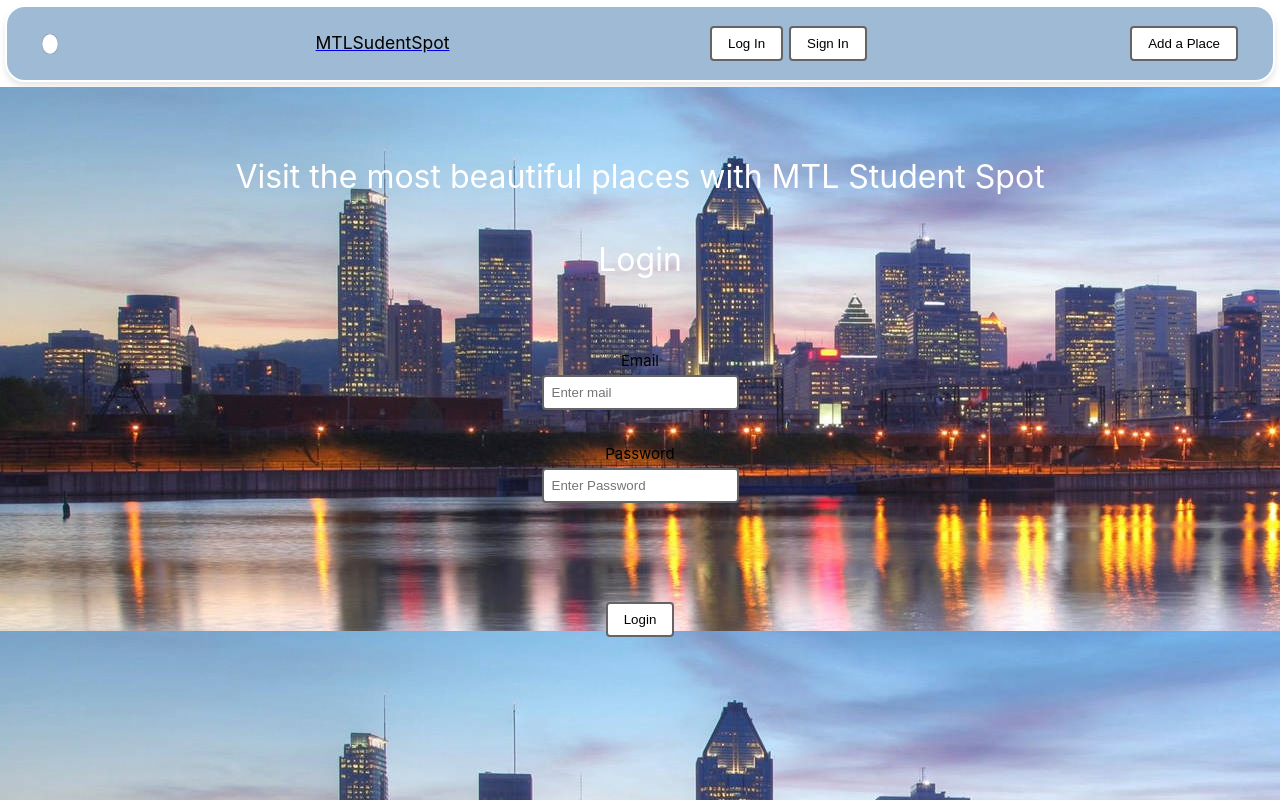
Repository: KevMn6ix/MOD8-2232-GRA-Damois-Leroi--Morant-Munto
Page: /login (app in client/)
An editor plug-in stored every save of this project. The page is shown before and after the next save, followed by the edit.
The browser window is 1280 px wide. The pictures show the whole page.
The project was rebuilt for these pictures with package versions that can differ from the ones it lists, and the page was loaded fresh each time. Also part of the build but not shown: client/vite.config.js, client/src/components/HelloWorld.vue, client/src/components/RowLandingPage.vue, client/src/components/PlaceItem.vue, client/server/services/places-service.js, client/src/components/PlaceList.vue, client/src/views/HomeView.vue.

Above is the page before, as saved 2023-10-18 16:41:08.

### client/index.html
<!DOCTYPE html>
<html lang="en">
  <head>
    <meta charset="UTF-8">
    <link rel="icon" href="/favicon.ico">
    <link href="https://cdnjs.cloudflare.com/ajax/libs/font-awesome/5.15.3/css/all.min.css" rel="stylesheet">

    <meta name="viewport" content="width=device-width, initial-scale=1.0">
    <title>Vite App</title>
  </head>
  <body>
    <div id="app"></div>
    <script type="module" src="/src/main.js"></script>
  </body>
</html>

### client/src/assets/main.css
@import './base.css';
/*
#app {
  max-width: 1280px;
  margin: 0 auto;
  padding: 2rem;

  font-weight: normal;
}

a,
.green {
  text-decoration: none;
  color: hsla(160, 100%, 37%, 1);
  transition: 0.4s;
}

@media (hover: hover) {
  a:hover {
    background-color: hsla(160, 100%, 37%, 0.2);
  }
}

@media (min-width: 1024px) {
  body {
    display: flex;
    place-items: center;
  }

  #app {
    display: grid;
    grid-template-columns: 1fr 1fr;
    padding: 0 2rem;
  }
}
*/
@media (prefers-color-scheme: dark) {
  button {
    color:black;
  }
  input {
    color: white;
    background-color: black;
  }
}

### client/src/App.vue
<script setup>
import { RouterLink, RouterView } from 'vue-router'
import HelloWorld from './components/HelloWorld.vue'
</script>

<template >
  <RouterView />

</template>

<style scoped>
template {
  display: flex;
  flex-direction: column;
}

header {
  line-height: 1.5;
  max-height: 100vh;
}

.logo {
  display: block;
  margin: 0 auto 2rem;
}

nav {
  width: 100%;
  font-size: 12px;
  text-align: center;
  margin-top: 2rem;
}

nav a.router-link-exact-active {
  color: var(--color-text);
}

nav a.router-link-exact-active:hover {
  background-color: transparent;
}

nav a {
  display: inline-block;
  padding: 0 1rem;
  border-left: 1px solid var(--color-border);
}

nav a:first-of-type {
  border: 0;
}

@media (min-width: 1024px) {
  header {
    display: flex;
    place-items: center;
    padding-right: calc(var(--section-gap) / 2);
  }

  .logo {
    margin: 0 2rem 0 0;
  }

  header .wrapper {
    display: flex;
    place-items: flex-start;
    flex-wrap: wrap;
  }

  nav {
    text-align: left;
    margin-left: -1rem;
    font-size: 1rem;

    padding: 1rem 0;
    margin-top: 1rem;
  }
}
</style>

### client/src/router/index.js
import { createRouter, createWebHistory } from 'vue-router'
import HomeView from '../views/HomeView.vue'

const router = createRouter({
  history: createWebHistory(import.meta.env.BASE_URL),
  routes: [
    {
      path: '/',
      name: 'home',
      component: HomeView
    },
    {
      path: '/about',
      name: 'about',
      // route level code-splitting
      // this generates a separate chunk (About.[hash].js) for this route
      // which is lazy-loaded when the route is visited.
      component: () => import('../views/AboutView.vue')
    },
    {
      path: '/login',
      name: 'login',

      component: () => import('../views/LoginPage.vue')
    },
    {
      path: '/register',
      name:'register',

      component: () => import('../views/RegisterPage.vue')
    },
    {
      path: '/places/:types',
      name: 'PlacesList',

      component: () => import('../views/PlaceListView.vue')
    },
    {
      path: '/places/review/:id',
      name : 'review',

      component: () => import('../views/PlaceReview.vue')
    },
    {

      path: '/places/:types/:id',
      name: 'PlacePage',

      component: () => import('../views/PlacesPage.vue')

    },
    {
      path: '/places/add',
      name: 'AddPlace',

      component: () => import('../views/AddPageView.vue')
    }
  ]
})

export default router

### client/src/views/LoginPage.vue
<script setup>
import Login from '../components/Login.vue'
import BarOutsideHome from '../components/BarOutsideHome.vue';
</script>

<template>
<header>
    <BarOutsideHome/>
</header>
    <Login />
</template>

<style>

</style>

### client/src/components/NavBar.vue
<script setup>
import { ref } from 'vue'
import LoginPage from '../views/LoginPage.vue'
import TheSubHeader from './TheSubHeader.vue';
const emit = defineEmits(['user-input'])
const UserInput = ref('')
function sendUserInput() {
    console.log(UserInput.value)
    emit('user-input', UserInput.value)
}
</script>
/** This component is hte bar at the top of the screen */
<template>
    <nav id="head-bar">
        <img src="../assets/logoMTL.png">
        <h3>
            MTLSudentSpot
        </h3>
        <input type="text" v-model="UserInput" @input="sendUserInput">
        <div>
        <router-link to='/login'>
        <button>
            Log In
        </button>
        </router-link>
        <router-link to="/register">
        <button>
            Sign In
        </button>
        </router-link>
    </div>
    <div id="sub-header">
    <TheSubHeader/></div>
    </nav>

</template>
<style>

:root{

    --color-navbar: #9fbad4;
    --text-navbar-color-default: #000;
    --color-input: #fff;
    --button-border: #646464;
    --color-button: #fff;
    --button-hover: #7faedc;
}

@media (prefers-color-scheme: dark){

    :root{

        --text-navbar-color-default: #FFF;
        --color-navbar: #211f1f;
        --color-input: #312e2e;
        --button-border: #646464;
        --color-button: #312e2e;
        --button-hover: #646464;

    }

}

nav {
    display: flex;
    justify-content: space-between;
    align-items: center;
    background-color: var(--color-navbar);
    padding: 1rem 2rem;
    box-shadow: 0 4px 6px rgba(0, 0, 0, 0.1);
    border-bottom: 2px solid rgba(0, 0, 0, 0.1);
    border-radius: 20px;
    border: 2px solid var(--button-border);
    margin: 5px;
    flex-grow: 3;
    gap: 20px;
}

h3{

    color: var(--text-navbar-color-default);

}

button {
    background-color: var(--color-button);
    color: var(--text-navbar-color-default);
    border: none;
    padding: 0.5rem 1rem;
    border-radius: 0.25rem;
    cursor: pointer;
    transition: background-color 0.3s ease;
    margin: 3px;
    border: 2px solid var(--button-border);
}

button:hover {
    background-color: var(--button-hover);
}

button:visited {
    color: white; /* Set the text color to yellow when the button is active (clicked) */
}

img {
    height: 20px;
    width: 16px;
}

input {
    flex-grow: 3;
    padding: 0.5rem;
    border: none;
    border-radius: 0.25rem;
    background-color: var(--color-input);
    color: var(--text-navbar-color-default);
    border: 2px solid var(--button-border);
    margin: 0 1rem;
}

#sub-header {
    text-align: center;
}
</style>

### client/src/components/Login.vue
<script>
import AuthentificationService from '@/services/AuthentificationService';

export default {
    name: 'LoginForm',
    data() {
        return {
            email: '',
            password: '',
        };
    },
    methods : {
        async login () {
            const response = await AuthentificationService.login({
                email: this.email,
                password: this.password
            })
            console.log(response)
        }
    }

}

</script>

<template>
    <main>
    <div class="title-container">
        <h1>Visit the most beautiful places with MTL Student Spot</h1>
    </div>

    <div class="login-container">
        <h2>Login</h2>
    </div>

    <form class="form-container" @submit.prevent="login" >
        <div class="input-pair">
            <label for="">Email</label>
            <input type="text" placeholder="Enter mail">
        </div>

        <div class="input-pair">
            <label for="">Password</label>
            <input type="text" placeholder="Enter Password">
        </div>

        <div class="button-container">
            <button class="submit">Login</button>
        </div>
    </form>
</main>


</template>

<style scoped>
main {
background-image: url('../assets/montrealbynight.jpg');
  color: #FFF; /* Set text color for contrast */
  text-align: center;
  display: flex;
  flex-direction: column;
  align-items: center;
  padding: 4rem 0;
  gap: 2rem;
}

h1 {
  font-size: 2rem;
}

h2 {
  font-size: 2rem;
}

.form-container {

  display: flex;
  flex-direction: column;
  padding: 2rem;
  gap: 2rem;
  color: #000; /* Set text color for form inputs */
}

.input-pair {
  display: flex;
  flex-direction: column;
  align-items: center;
  gap: 0.1rem;
}

.button-container {

  padding: 4rem;
  display: flex;
  justify-content: center;
  align-items: center;
}


</style>

### client/src/components/BarOutsideHome.vue
<script setup>
import { ref } from 'vue'
import LoginPage from '../views/LoginPage.vue'
import { RouterLink } from 'vue-router';
import TheSubHeader from './TheSubHeader.vue';
const emit = defineEmits(['user-input'])
const UserInput = ref('')
function sendUserInput() {
    console.log(UserInput.value)
    emit('user-input', UserInput.value)
}
</script>
/** This component is the bar at the top of the screen */
<template>
    <header>
    <nav id="head-bar">
        <img src="../assets/logoMTL.png">
        <RouterLink to="/">
        <h3>
            MTLSudentSpot
        </h3>
        </RouterLink>

        <div>
        <router-link to='/login'>
        <button>
            Log In
        </button>
        </router-link>
        <router-link to="/register">
        <button>
           Sign In
        </button>
    </router-link>
    </div>

    <div id="sub-header">
<TheSubHeader/></div>
</nav>
</header>

</template>
<style scoped>

:root{

--color-navbar: #9fbad4;
--text-navbar-color-default: #000;
--color-input: #9fbad4;
--button-border: #646464;
--color-button: #fff;
--button-hover: #7faedc;
}

@media (prefers-color-scheme: dark){

:root{

    --text-navbar-color-default: #FFF;
    --color-navbar: #8686d8;
    --color-input: #312e2e;
    --button-border: #646464;
    --color-button: #312e2e;
    --button-hover: #646464;

}

}

#head-bar {
    display: flex;
    justify-content: space-between;
    align-items: center;
    padding: 1rem 2rem;
    background-color: var(--color-navbar);
    box-shadow: 0 4px 6px rgba(0, 0, 0, 0.1);
    border: 2px solid white;
}

h3{

color: var(--text-navbar-color-default);

}

button {
    background-color: var(--color-button);
    color: var(--text-navbar-color-default);
    border: none;
    padding: 0.5rem 1rem;
    border-radius: 0.25rem;
    cursor: pointer;
    transition: background-color 0.3s ease;
    border: 2px solid var(--button-border);
}

button:hover {
    background-color: var(--button-hover);
}

button:visited {
    color: white; /* Set the text color to yellow when the button is active (clicked) */
}

img {
    height: 20px;
    width: 16px;
    margin-left: 3px;
}

input {
    flex-grow: 3;
    padding: 0.5rem;
    border: none;
    border-radius: 0.25rem;
    background-color: var(--color-background-default);
    color: var(--text-color-default);
    margin: 0 1rem;
}

#sub-header {
    text-align: center;
}
</style>

### client/src/components/TheSubHeader.vue
<script setup>
import { RouterLink } from 'vue-router';
</script>
<template>
  <RouterLink to="/places/add">
    <button>
       Add a Place
    </button>
  </RouterLink>
</template>
<style scoped>
:root {
  --light-color-background-restaurant: #A5BDD9;
    --light-color-background-travel: #a2c4ec;
    --light-color-background-activity: #9EB3CB;
    --dark-color-background-restaurant: #a2c4ec9d;
    --dark-color-background-travel: #a5bdd971;
    --dark-color-background-activity: #9eb3cb0e;
    --color-background-restaurant: var(--light-color-background-restaurant);
    --color-background-travel: var(--light-color-background-travel);
    --color-background-activity: var(--light-color-background-activity);
    @media (prefers-color-scheme: dark) {
      --color-background-restaurant: var(--dark-color-background-restaurant);
        --color-background-travel: var(--dark-color-background-travel);
        --color-background-activity: var(--dark-color-background-activity);
    }
}
p {
    min-width: 333px;
    text-align: center;
    size: 50%;
    padding: 0;
    margin: 0;
}
</style>

### client/src/services/AuthentificationService.js
import Api from "./Api"

export default {
    async register (creditentials) {
        return await Api().post('register', creditentials)
    },

    async login(creditentials) {
        return await Api().post('login', creditentials)
    }
}

// AuthentificationService.register({
//   email: 'testing@gmail.com',
//   password: '123456'
//  })

Loaded but not shown: client/src/main.js (common file); client/src/assets/base.css (common file); client/src/services/Api.js (common file)

After the next save:
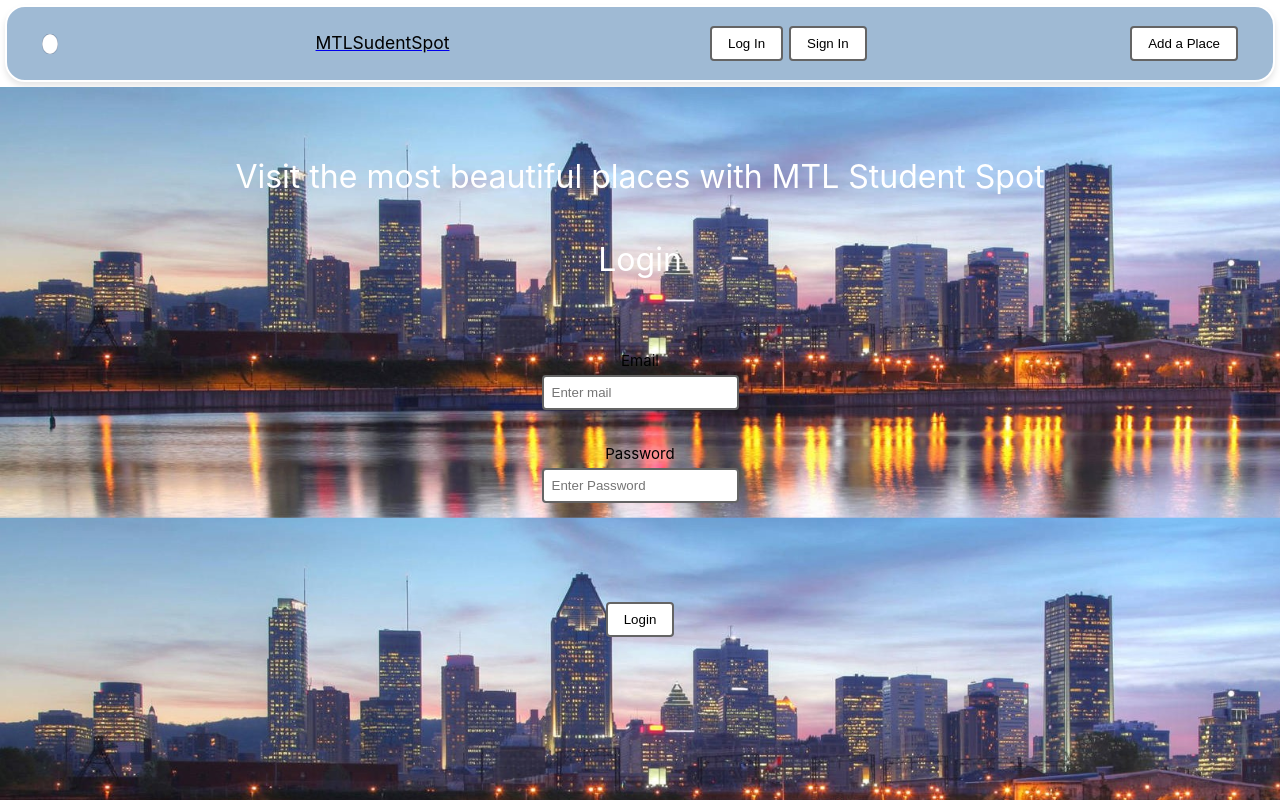
Saved 27 s later.
--- a/client/src/components/Login.vue
+++ b/client/src/components/Login.vue
@@ -56,6 +56,7 @@
 <style scoped>
 main {
 background-image: url('../assets/montrealbynight.jpg');
+background-size: 1520px;
   color: #FFF; /* Set text color for contrast */
   text-align: center;
   display: flex;

After the save that followed:
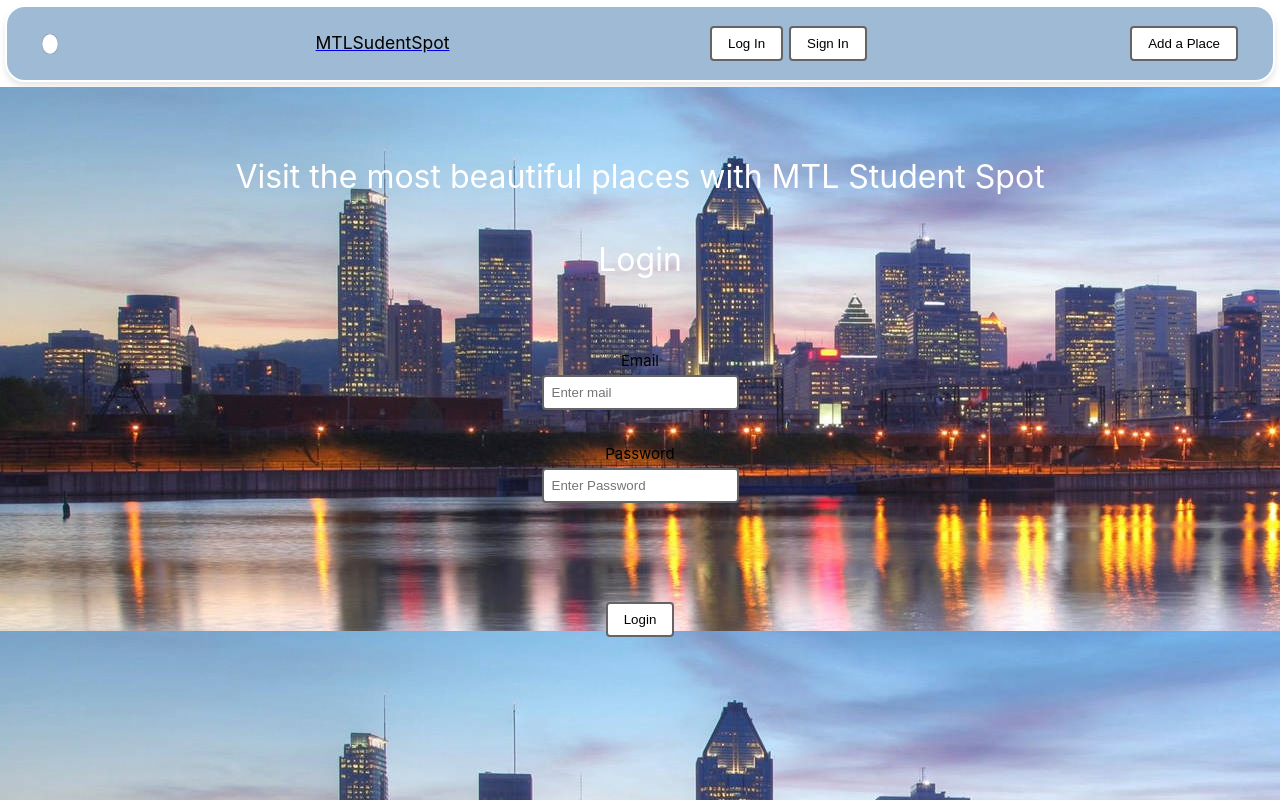
Saved 5 s later.
--- a/client/src/components/Login.vue
+++ b/client/src/components/Login.vue
@@ -56,7 +56,7 @@
 <style scoped>
 main {
 background-image: url('../assets/montrealbynight.jpg');
-background-size: 1520px;
+background-size: auto;
   color: #FFF; /* Set text color for contrast */
   text-align: center;
   display: flex;
